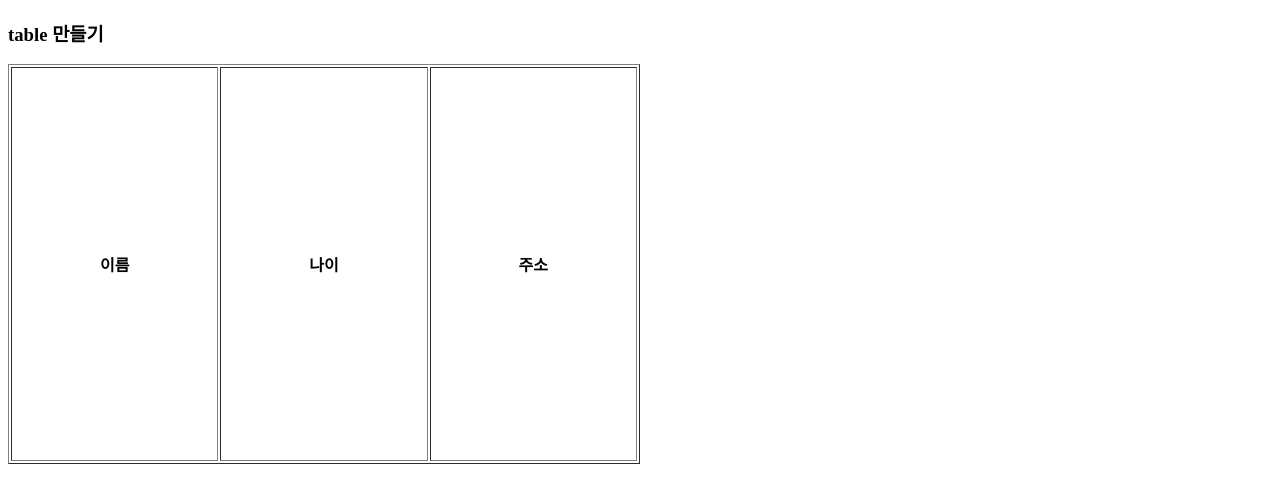
Repository: JeongHyeongKim/practice_myself
Page: Si_basic/WebProject/setp01_HTMLCS/WebContent/HTML/ex03_tableTag.html
The author's editor kept a copy of each file at every save. The page is drawn from the files as they stood at one save, then again after the next save.
The browser window is 1280 px wide. The pictures show the whole page.

Above is the page before, as saved 2019-04-22 04:20:39.

### Si_basic/WebProject/setp01_HTMLCS/WebContent/HTML/ex03_tableTag.html
<!DOCTYPE html>
<html>
	<head>
		<meta charset="UTF-8">
		<title>Table Tag</title>
	</head>
	<body>
		<h3>table 만들기</h3>
		<table border="1" height="400" width="50%">
			<tr>
				<th>이름</th>
				<th>나이</th>
				<th>주소</th>
			</tr>
		</table>
	</body>
</html>

After the next save:
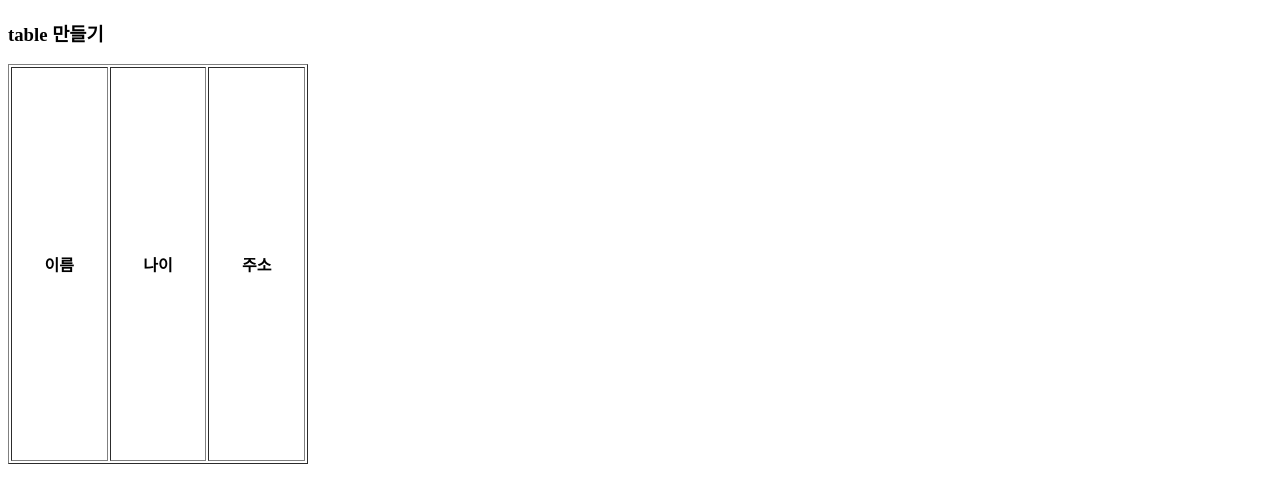
Saved 39 s later.
--- a/Si_basic/WebProject/setp01_HTMLCS/WebContent/HTML/ex03_tableTag.html
+++ b/Si_basic/WebProject/setp01_HTMLCS/WebContent/HTML/ex03_tableTag.html
@@ -6,7 +6,7 @@
 	</head>
 	<body>
 		<h3>table 만들기</h3>
-		<table border="1" height="400" width="50%">
+		<table border="1" height="400" width="300">
 			<tr>
 				<th>이름</th>
 				<th>나이</th>
